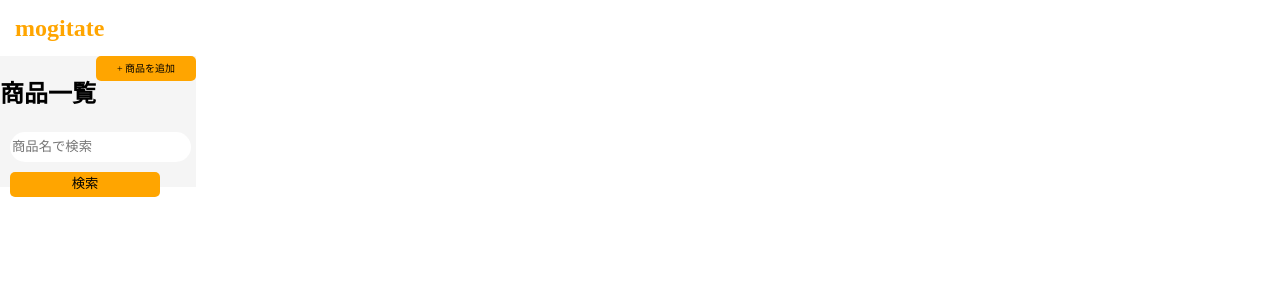
Repository: tokisiro/fruit-products
Page: http://localhost/products
An editor plug-in stored every save of this project. The page is shown before and after a run of saves, followed by the edit.
The browser window is 1280 px wide. The pictures show the whole page.
The page is served by the project's Laravel application, run on PHP 8.4 with Laravel 8. Queries for data that is not in the repository find no rows.

Above is the page before, as saved 2025-05-16 20:19:45.

After the next 2 saves:
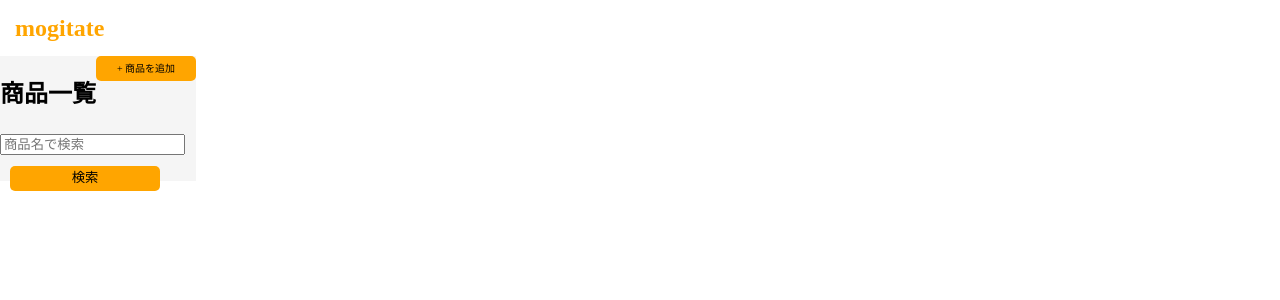
The 2 saves are shown as one change because they came seconds apart.
The last was saved 10 s later.
--- a/src/resources/views/product.blade.php
+++ b/src/resources/views/product.blade.php
@@ -32,7 +32,7 @@
             <div class="product__content-search">
                 <form class="product__content-search--form" action="">
                     <div class="product__content-search--form-text">
-                        <input class="product__content-search-text--item" type="text" name="name" placeholder="商品名で検索">
+                        <input class="product__content-search--form-text--item" type="text" name="name" placeholder="商品名で検索">
                     </div>
                     <div class="product__content-search-button">
                         <button class="product__content-search-button--item">
